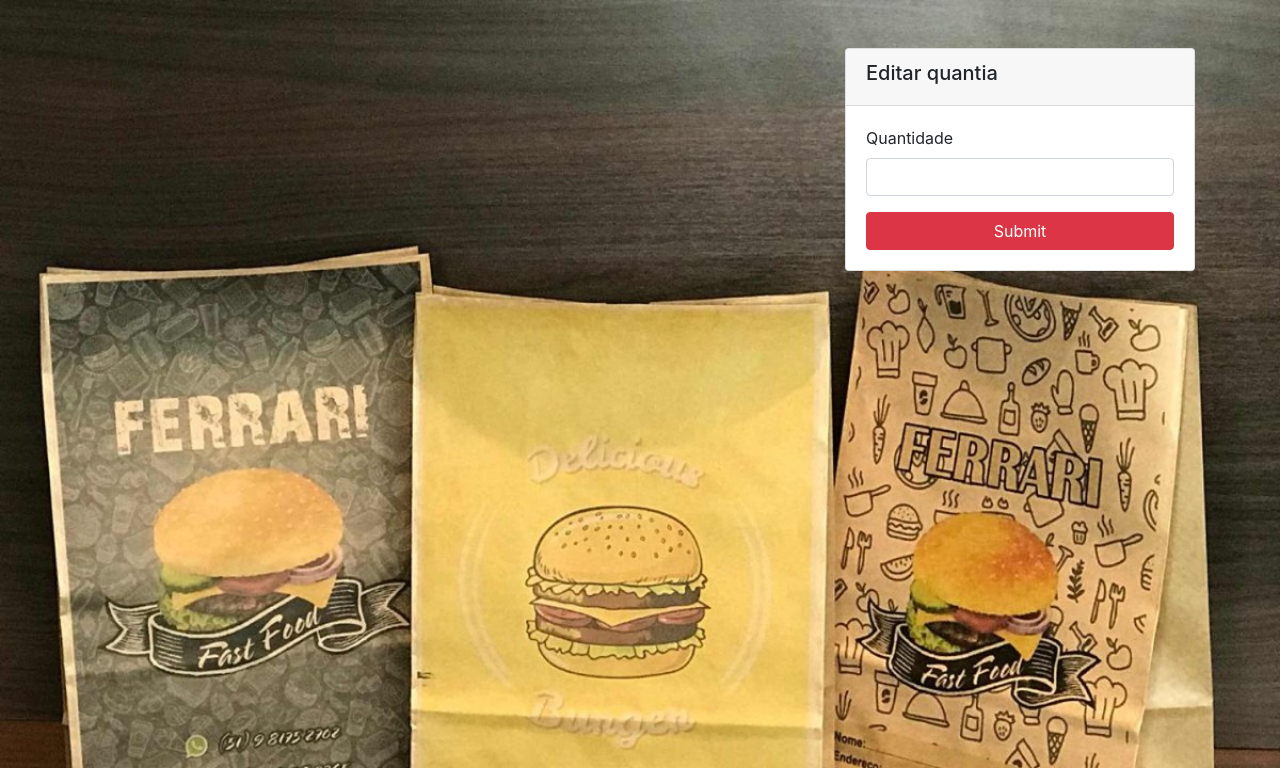
Repository: AnaMassaro/projetoRestaurante
Page: http://localhost/WEBRes/editarPedido.jsp
These files come from the project's save history. The page is drawn as it stood at one moment and after the next save; the edit follows.
The browser window is 1280 px wide. The pictures show the whole page.
The page is served by Tomcat 9. Other server files are loaded and not shown.

Above is the page before, as saved 2019-12-17 00:34:03.
Console error: TypeError: Cannot read properties of undefined (reading 'fn')
Not found: WEBRes/WEBRes/style.css

### WEBRes/WebContent/editarPedido.jsp
<%@ page language="java" contentType="text/html; charset=ISO-8859-1"
    pageEncoding="ISO-8859-1"%>
<!DOCTYPE html PUBLIC "-//W3C//DTD HTML 4.01 Transitional//EN" "http://www.w3.org/TR/html4/loose.dtd">
<html>
<head>
<meta http-equiv="Content-Type" content="text/html; charset=ISO-8859-1">
<title>Editar pedido</title>

	<meta name="viewport" content="width=device-width, initial-scale=1.0">
    <meta http-equiv="X-UA-Compatible" content="ie=edge">
	<script type="text/javascript" src="bootstrap/js/bootstrap.js"></script>
	<link rel="stylesheet" href="bootstrap/css/bootstrap.css">
	<link rel="stylesheet" href="style.css">


	<style>
		body,html{
			height:100%;
		}

        body {
            background-image:url(./img/finalizar.jpg);
            background-repeat: no-repeat;
            background-size: cover;

        }

     </style>
</head>
<body>

<div class="container mt-5">
        <div class="row ">
   			<div class="col-8">

   			</div>
   			<div class="col-lg-4 col-sm-12">
   				<div class="card c">
   					<div class="card-header">
   						<h5>Editar quantia</h1>
   					</div>
   					<div class="card-body">
   						<form method="get" action="Processa">

   							<div class="form-group">
   								<label>Quantidade</label>
   								<input type="text" name="quantiaEdit" class="form-control">
   							</div>

   							<input type="hidden" name="acao" value="editarPedido">
   							<input type="submit" class="btn btn-danger btn-block">
   						</form>
   					</div>
   				</div>
   			</div>
        </div>
    </div>

</body>
</html>

Loaded but not shown: WEBRes/WebContent/bootstrap/js/bootstrap.js (library); WEBRes/WebContent/bootstrap/css/bootstrap.css (library)

After the next save:
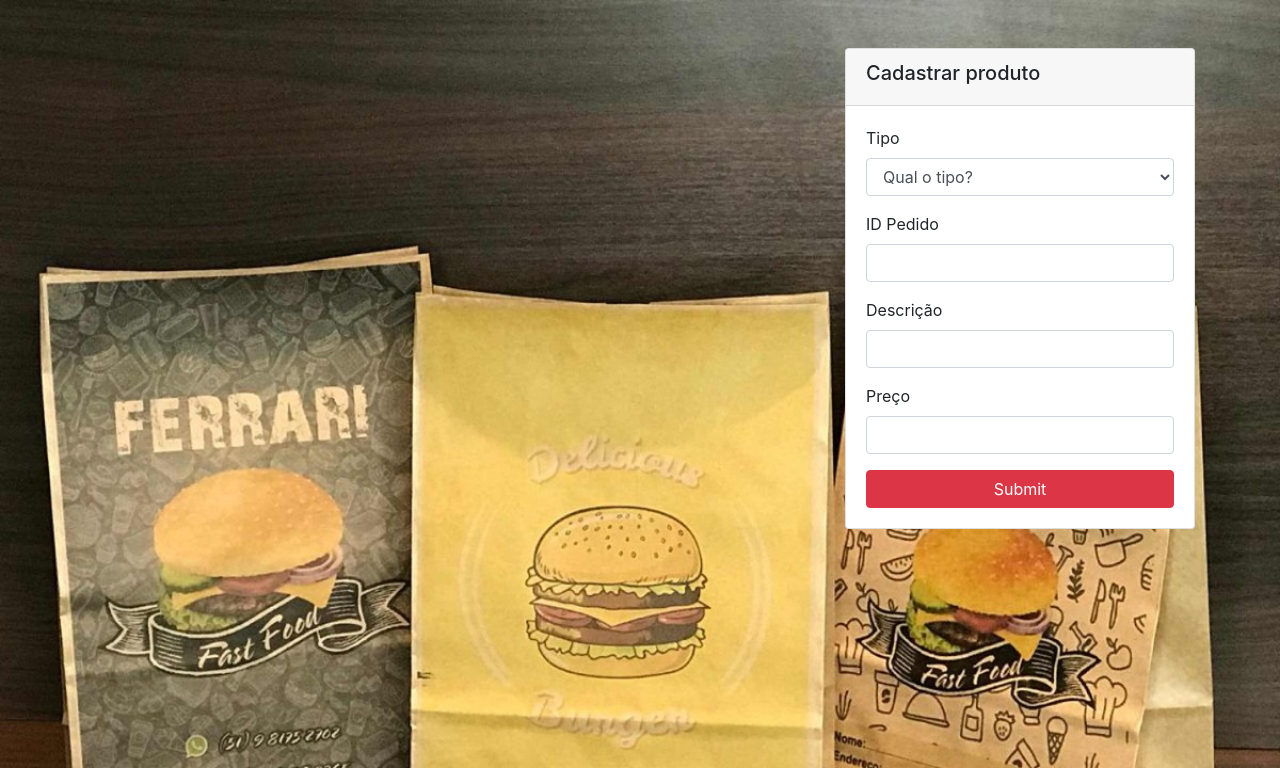
Saved 2 min 10 s later.
--- a/WEBRes/WebContent/editarPedido.jsp
+++ b/WEBRes/WebContent/editarPedido.jsp
@@ -37,17 +37,35 @@
    			<div class="col-lg-4 col-sm-12">
    				<div class="card c">
    					<div class="card-header">
-   						<h5>Editar quantia</h1>
+   						<h5>Cadastrar produto</h1>
    					</div>
    					<div class="card-body">
    						<form method="get" action="Processa">
 
    							<div class="form-group">
-   								<label>Quantidade</label>
-   								<input type="text" name="quantiaEdit" class="form-control">
+   								<label>Tipo</label>
+   								<select name="tipoProd" class="form-control">
+   									<option value="selecione" disabled selected >Qual o tipo?</option>
+   									<option value="lanche">Lanche</option>
+   									<option value="porcao">Porção</option>
+   									<option value="bebida">Bebida</option>
+   								</select>
    							</div>
 
-   							<input type="hidden" name="acao" value="editarPedido">
+   							<div class="form-group">
+   								<label>ID Pedido</label>
+   								<input type="text" name="nomeProd" class="form-control">
+   							</div>
+   							<div class="form-group">
+   								<label>Descrição</label>
+   								<input type="text" name="descricaoProd" class="form-control">
+   							</div>
+
+   							<div class="form-group">
+   								<label>Preço</label>
+   								<input type="text" name="precoProd" class="form-control">
+   							</div>
+   							<input type="hidden" name="acao" value="cadastrarProduto">
    							<input type="submit" class="btn btn-danger btn-block">
    						</form>
    					</div>
@@ -56,5 +74,7 @@
         </div>
     </div>
 
+
+
 </body>
 </html>
